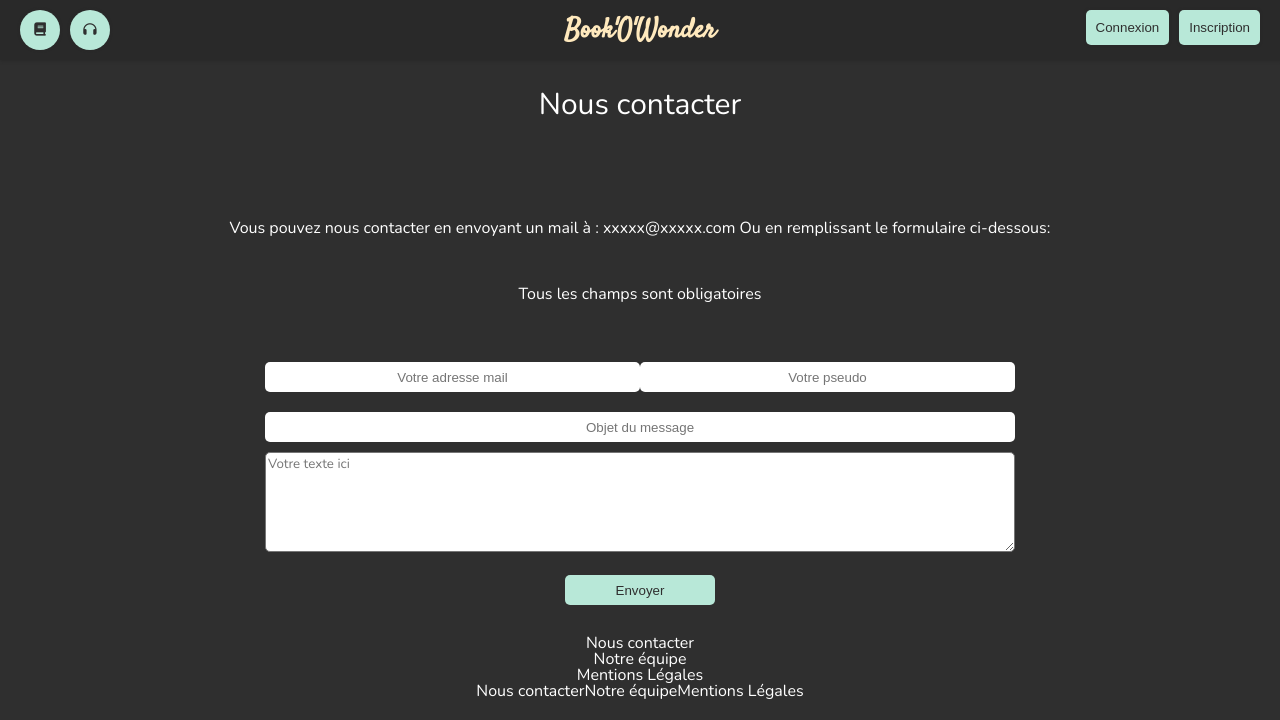
Repository: AnneLineC/book-o-wonder-front
Page: /contact
The author's editor kept a copy of each file at every save. The page is drawn from the files as they stood at one save, then again after the next save.
The browser window is 1280 px wide. The pictures show the whole page.
The page's requests for data from a server got no answer. Some web libraries are served in a nearby version. The project was rebuilt for these pictures with package versions that can differ from the ones it lists, and the page was loaded fresh each time. No one was signed in, and anything a server would have sent is missing. Also part of the build but not shown: src/components/HeaderApp/LoggedMenu/styles.scss, src/components/HeaderApp/LoggedMenu/index.js, src/components/BookCard/styles.scss, src/components/BookCard/index.js, src/components/HomePage/styles.scss, src/components/HomePage/index.js, src/components/LoginPage/styles.scss, src/components/LoginPage/index.js and 30 more.

Above is the page before, as saved 2021-12-21 10:42:34.

### public/index.html
<!DOCTYPE html>
<html lang="en">
  <head>
    <meta charset="utf-8" />
    <link rel="icon" href="%PUBLIC_URL%/favicon.ico" />
    <meta name="viewport" content="width=device-width, initial-scale=1" />
    <meta name="theme-color" content="#000000" />
    <meta
      name="description"
      content="Web site created using create-react-app"
    />
    <link rel="apple-touch-icon" href="%PUBLIC_URL%/logo192.png" />
    <!--
      manifest.json provides metadata used when your web app is installed on a
      user's mobile device or desktop. See https://developers.google.com/web/fundamentals/web-app-manifest/
    -->
    <link rel="manifest" href="%PUBLIC_URL%/manifest.json" />
    <!--
      Notice the use of %PUBLIC_URL% in the tags above.
      It will be replaced with the URL of the `public` folder during the build.
      Only files inside the `public` folder can be referenced from the HTML.

      Unlike "/favicon.ico" or "favicon.ico", "%PUBLIC_URL%/favicon.ico" will
      work correctly both with client-side routing and a non-root public URL.
      Learn how to configure a non-root public URL by running `npm run build`.
    -->
    <title>Book'O'Wonder</title>
    <script src="https://kit.fontawesome.com/1f90cd4d86.js" crossorigin="anonymous"></script>
  </head>
  <body>
    <noscript>You need to enable JavaScript to run this app.</noscript>
    <div id="root"></div>
  </body>
</html>

### src/index.js
import { Provider } from 'react-redux';
import { BrowserRouter } from 'react-router-dom';
import React from 'react';
import ReactDOM from 'react-dom';
import reportWebVitals from './reportWebVitals';
import store from './store';
import App from './components/App';
import './styles/index.scss';

ReactDOM.render(
  <React.StrictMode>
    <BrowserRouter>
      <Provider store={store}>
        <App />
      </Provider>
    </BrowserRouter>
  </React.StrictMode>,
  document.getElementById('root'),
);

// If you want to start measuring performance in your app, pass a function
// to log results (for example: reportWebVitals(console.log))
// or send to an analytics endpoint. Learn more: https://bit.ly/CRA-vitals
reportWebVitals();

### src/store/index.js
import { createStore, applyMiddleware, compose } from 'redux';

import reducer from '../reducers';
import apiMiddleware from '../middlewares/api';

const composeEnhancers = window.__REDUX_DEVTOOLS_EXTENSION_COMPOSE__ || compose;

const enhancers = composeEnhancers(
  applyMiddleware(apiMiddleware),
);

const store = createStore(reducer, enhancers);

export default store;

### src/styles/index.scss
@use 'reset';
@use 'vars';

@font-face {
  font-family: 'Nunito';
  src: url('../assets/fonts/Nunito-VariableFont_wght.ttf');
  font-weight: normal;
  font-style: normal;
}

@font-face {
  font-family: 'Satisfy';
  src: url('../assets/fonts/Satisfy-Regular.ttf');
  font-weight: normal;
  font-style: normal;
}

html, body {
  max-width: 100%;
  overflow-x: hidden;
}

body {
  background-color: vars.$color--grey-dark;
  margin: 0;
  font-family: 'Nunito', sans-serif;
  color: white;

  &.reading-page {
    height: 100vh;
    overflow-y: hidden;
  }
}

button {
  color: vars.$color--grey-dark;
}

/* Hiding class, making content visible only to screen readers but not visually */
/* "sr" meaning "screen-reader" */
.sr-only:not(:focus):not(:active) {
  clip: rect(0 0 0 0);
  clip-path: inset(50%);
  height: 1px;
  overflow: hidden;
  position: absolute;
  white-space: nowrap;
  width: 1px;
}

button {
  color: vars.$color--grey-dark;
}

/* Hiding class, making content visible only to screen readers but not visually */
/* "sr" meaning "screen-reader" */
.sr-only:not(:focus):not(:active) {
  clip: rect(0 0 0 0);
  clip-path: inset(50%);
  height: 1px;
  overflow: hidden;
  position: absolute;
  white-space: nowrap;
  width: 1px;
}

### src/reducers/index.js
import { combineReducers } from 'redux';

import userReducer from './user';
import booksReducer from './books';
import displayReducer from './display';
import soundsReducer from './sounds';

const rootReducer = combineReducers({
  display: displayReducer,
  books: booksReducer,
  user: userReducer,
  sounds: soundsReducer,
});

export default rootReducer;

### src/components/FooterApp/index.js
import './styles.scss';
import { Link } from "react-router-dom"

const FooterApp = () => (
  <footer>
    <ul>
        <ol><a href=""></a>Nous contacter</ol>
        <ol><a href=""></a>Notre équipe</ol>
        <ol><a href=""></a>Mentions Légales</ol>

        <Link to="/Nous_contacter">Nous contacter</Link>
        <Link to="/Notre_equipe">Notre équipe</Link>
        <Link to="/Mentions_Legales">Mentions Légales</Link>
    </ul>
  </footer>
);

export default FooterApp;

### src/components/ConnexionMenu/index.js
import { useSelector, useDispatch } from 'react-redux';
import { NavLink } from 'react-router-dom';
import { setDisplay } from '../../actions';

import Modal from '../Modal';

import './styles.scss';

const ConnexionMenu = () => {
  const isConnexionMenuOpen = useSelector((state) => state.display.connexionMenu);

  const dispatch = useDispatch();
  const handleLinkClick = () => {
    dispatch(setDisplay('connexionMenu'));
  };

  return (
    <Modal componentName="connexionMenu" isComponentOpen={isConnexionMenuOpen}>
      <ul className="connexion-menu__list">
        <li className="connexion-menu__item">
          <NavLink
            to="/connexion"
            onClick={handleLinkClick}
          >
            Connexion
          </NavLink>
        </li>
        <li className="connexion-menu__item">
          <NavLink
            to="/inscription"
            onClick={handleLinkClick}
          >
            Inscription
          </NavLink>
        </li>
      </ul>
    </Modal>
  );
};

export default ConnexionMenu;

### src/components/CategoriesMenu/index.js
import { useSelector, useDispatch } from 'react-redux';
import { NavLink } from 'react-router-dom';
import { useEffect } from 'react';
import { setDisplay, loadCategoriesFromAPI } from '../../actions';

import Modal from '../Modal';

import './styles.scss';

const CategoriesMenu = () => {
  const dispatch = useDispatch();
  const isCategoriesMenuOpen = useSelector((state) => state.display.categoriesMenu);
  const categoriesList = useSelector((state) => state.display.categoriesList);

  useEffect(
    () => {
      dispatch(loadCategoriesFromAPI());
    },
    [],
  );

  const handleLinkClick = () => {
    dispatch(setDisplay('categoriesMenu'));
  };

  return (
    <Modal componentName="categoriesMenu" appearingDesktopSide="left" isComponentOpen={isCategoriesMenuOpen}>
      <ul className="categories-menu__list">
        {
          categoriesList.map(
            (category) => (
              <li key={category.id} className="categories-menu__item">
                <NavLink
                  to={`/categorie/${category.id}`}
                  onClick={handleLinkClick}
                >
                  {category.name}
                </NavLink>
              </li>
            ),
          )
        }

      </ul>
    </Modal>
  );
};

export default CategoriesMenu;

### src/styles/_reset.css
/* http://meyerweb.com/eric/tools/css/reset/ v2.0 | 20110126 */
html,
body,
div,
span,
applet,
object,
iframe,
h1,
h2,
h3,
h4,
h5,
h6,
p,
blockquote,
pre,
a,
abbr,
acronym,
address,
big,
cite,
code,
del,
dfn,
em,
img,
ins,
kbd,
q,
s,
samp,
small,
strike,
strong,
sub,
sup,
tt,
var,
b,
u,
i,
center,
dl,
dt,
dd,
ol,
ul,
li,
fieldset,
form,
label,
legend,
table,
caption,
tbody,
tfoot,
thead,
tr,
th,
td,
article,
aside,
canvas,
details,
embed,
figure,
figcaption,
footer,
header,
hgroup,
menu,
nav,
output,
ruby,
section,
summary,
time,
mark,
audio,
video {
  margin: 0;
  padding: 0;
  border: 0;
  font-size: 100%;
  font: inherit;
  vertical-align: baseline;
}

/* HTML5 display-role reset for older browsers */
article,
aside,
details,
figcaption,
figure,
footer,
header,
hgroup,
menu,
nav,
section {
  display: block;
}

body {
  line-height: 1;
}
ol,
ul {
  list-style: none;
}
blockquote,
q {
  quotes: none;
}

blockquote::before,
blockquote::after,
q:before,
q:after {
  content: '';
  content: none;
}
table {
  border-collapse: collapse;
  border-spacing: 0;
}

/* Améliorations */

html {
  box-sizing: border-box;
  font-size: 62.5%;
}

body {
  font-size: 1.6rem;
}

*,
*::before,
*::after {
  box-sizing: inherit;
}

a,
del,
ins {
  text-decoration: none;
}
a {
  color: inherit;
}

label,
button {
  cursor: pointer;
  background-color: transparent;
  border: 0;
  padding: 0;
}

input,
button {
  outline: 0;
  border: 0;
}

### src/styles/_vars.scss
// --------
// Colors :
// --------

// $color--*color*-*light/medium/dark*

$color--grey-dark: #2f2f2f;
$color--grey-very-dark: #292929;
$color--green-light: #b8e8d8;
$color--blue-light: #e1ecfe;
$color--yellow-light: #fffec5;
$color--orange-light: #ffe9bd;
$color--orange-medium: #e9ab9c;

// $gradient--*color*-*light/medium/dark*

$gradient--blue-light : linear-gradient(to bottom, #9ec0ff, #e8f1ff);
$gradient--yellow-light : linear-gradient(to bottom, #fed68e, #fef4db);
$gradient--green-light : linear-gradient(to bottom, #88d4ba, #d8f3ea);

// ---------
// General :
// ---------

$radius: 0.5rem;
$gutter: 1rem;

// -------------
// Breakpoints :
// -------------

$tablet: 700px;
$desktop: 1000px;

// -------
// Fonts :
// -------

$title-font: 'Satisfy', sans-serif;
$main-font: 'Nunito', sans-serif;

### src/reducers/books.js
import {
  SET_BOOKS_LIST_BY_CATEGORY,
  SET_BOOK,
  SET_HIGHLIGHTED_BOOKS,
  SET_MOST_PINNED_BOOK,
  SET_MOST_READ_CATEGORY,
  SET_HIGHLIGHTED_BOOKS_ARE_LOADED,
} from '../actions';

export const initialState = {
  categoryTitle: 0,
  book: {},
  books: [],
  highlightedBooks: [],
  highlightedBooksAreLoaded: false,
  mostPinnedBook: {},
  mostReadCategory: {},
};

const reducer = (state = initialState, action = {}) => {
  switch (action.type) {
    case SET_BOOKS_LIST_BY_CATEGORY:
      return {
        ...state,
        ...action.data,
      };
    case SET_BOOK:
      return {
        ...state,
        book: { ...action.data },
      };
    case SET_HIGHLIGHTED_BOOKS:
      return {
        ...state,
        highlightedBooks: action.data,
      };
    case SET_MOST_PINNED_BOOK:
      return {
        ...state,
        mostPinnedBook: action.data,
      };
    case SET_MOST_READ_CATEGORY:
      return {
        ...state,
        mostReadCategory: action.data,
      };
    case SET_HIGHLIGHTED_BOOKS_ARE_LOADED:
      return {
        ...state,
        highlightedBooksAreLoaded: action.value,
      };
    default:
      return state;
  }
};

export default reducer;

### src/reducers/sounds.js
import { SET_SOUNDS, SET_CURRENT_SOUND } from '../actions';

export const initialState = {
  musicsList: [],
  currentMusic: {
    id: 1,
    name: 'Lofi',
    music: 'https:/www.youtube.com/watch?v=5qap5aO4i9A',
    image: '',
    categories: [
      {
        id: 1,
        name: 'Fantasy',
      },
    ],
  },
};

const reducer = (state = initialState, action = {}) => {
  switch (action.type) {
    case SET_SOUNDS:
      return {
        ...state,
        musicsList: action.data,
      };
    case SET_CURRENT_SOUND:
      return {
        ...state,
        currentMusic: action.data,
      };
    default:
      return state;
  }
};

export default reducer;

### src/components/HeaderApp/LoginComponent/index.js
import LoginButtons from './LoginButtons';
import LoginMenu from './LoginMenu';
import './styles.scss';

const LoginComponent = () => (
  <div className="login-component">
    <LoginButtons />
    <LoginMenu />
  </div>
);

export default LoginComponent;

### src/components/HeaderApp/styles.scss
@use './../../styles/vars';
@use "sass:color";

.header-app {

    padding: vars.$gutter vars.$gutter*2;
    background-color: color.scale(vars.$color--grey-dark, $blackness: 80%);
    box-shadow: 1px 1px 3px color.scale(vars.$color--grey-dark, $blackness: 100%);
    position: sticky;
    min-height: 6rem;

    &__title {
        font-family: vars.$title-font;
        color: vars.$color--orange-light;
        font-size: 1.7em;
        font-weight: bold;
        display: flex;
        justify-content: flex-start;
        align-items: center;
        line-height: 1.6;
        z-index: -1;
    }

    &__element {
        float: right;
        margin-left: vars.$gutter;
    }

    &__icon {
        background-color: vars.$color--green-light;
        display: block;
        width: 4rem;
        height: 4rem;
        display: flex;
        align-items: center;
        justify-content: center;
        border-radius: 50%;
        color: vars.$color--grey-dark;
        box-shadow: 0 0 3px color.scale(vars.$color--grey-dark, $blackness: 100%);
        transition: 0.5s;

        &:hover {
            background-color: vars.$color--orange-medium;
        }
    }
}

@media screen and (min-width: vars.$tablet) {

    .header-app {

        &__element {
            &--audio-player {
                float: left;
                display: flex;
                align-items: center;
                justify-content: center;
            }
            &--categories {
                float: left;
                margin-left: 0;
                display: flex;
                align-items: center;
                justify-content: center;
            }
        }

        &__title {
            display: block;
            position: absolute;
            top: 1rem;
            text-align: center;
            width: calc(100% - (vars.$gutter * 4));
        }
    }
}

### src/components/ContactPage/styles.scss
@use "../../styles/vars";

.contact-page {
  &__title {
    margin-top: 3rem;
    font-size: 3rem;
  }

  &__form {
    display: flex;
    flex-direction: column;
    padding: vars.$gutter;
    margin-top: 5rem;
  }

  &__top {
    display: flex;
    flex-direction: column;
  }

  &__bottom {
    display: flex;
    flex-direction: column;
  }

  &__object {
    border-radius: vars.$radius;
    margin-bottom: 1rem;
    text-align: center;
    height: 30px;
    width: 250px;
    margin: 0rem auto 4rem auto;
  }

  &__label {
    margin-bottom: 1rem;
  }

  &__input {
    border-radius: vars.$radius;
    margin-bottom: 1rem;
    text-align: center;
    height: 30px;
    width: 250px;
    margin: 0rem auto 4rem auto;
  }

  &__textarea {
    height: 10rem;
    width: 250px;
    margin: auto;
    border-radius: vars.$radius;
    font-family: inherit;
  }

  &__contact {
    margin-top: 10rem;
    margin-left: 2rem;
    margin-right: 2rem;
  }

  &__required {
    margin-top: 5rem;
  }

  &__send {
    background-color: vars.$color--green-light;
    height: 30px;
    width: 150px;
    margin: 2rem auto 2rem auto;
    border-radius: vars.$radius;
  }

  &__error {
    color: rgb(243, 104, 104);
    margin-bottom: 3rem;
  }

  &__home {
    background-color: vars.$color--green-light;
    height: 3rem;
    width: 15rem;
    margin: 2rem auto 2rem auto;
    border-radius: vars.$radius;
  }

  &__validation {
    height: 60vh;
    display: flex;
    flex-direction: column;
    align-items: center;
    justify-content: center;

    &-title {
      font-size: 2em;
      margin: vars.$gutter*2;
    }

    &-mail {
      font-weight: bold;
    }
  }
}

@media screen and (min-width: vars.$tablet) {
  .contact-page {
    &__top {
      display: flex;
      flex-direction: row;
    }

    &__bottom {
      margin-top: -3rem;
    }

    &__form {
      display: flex;
      align-items: center;
      padding: vars.$gutter;
      margin-top: 5rem;
    }

    &__input {
      height: 30px;
      width: 310px;

    }

    &__object {
      border-radius: vars.$radius;
      margin-bottom: 1rem;
      text-align: center;
      height: 30px;
      width: 620px;
      margin: 0rem auto 1rem auto;
    }

    &__textarea {
      height: 10rem;
      width: 620px;
      margin: auto;
      border-radius: vars.$radius;
    }
  }
}

@media screen and (min-width: vars.$desktop) {
  .contact-page {
    &__object {
      border-radius: vars.$radius;
      margin-bottom: 1rem;
      text-align: center;
      height: 30px;
      width: 750px;
      margin: 0rem auto 1rem auto;
    }

    &__textarea {
      height: 10rem;
      width: 750px;
      margin: auto;
      border-radius: vars.$radius;
    }

    &__input {
      width: 375px;
    }

    &__top {
      display: flex;
      flex-direction: row;
    }

    &__bottom {
      display: flex;
      flex-direction: column;
    }
  }
}

### src/components/Modal/index.js
import PropTypes from 'prop-types';
import { useDispatch } from 'react-redux';
import { setDisplay } from '../../actions';

import './styles.scss';

const Modal = ({
  componentName, isComponentOpen, appearingDesktopSide, children,
}) => {
  const dispatch = useDispatch();
  const handleCloseIconClick = (name) => {
    dispatch(setDisplay(name));
  };

  const classNameBySide = appearingDesktopSide === 'left' ? 'menu-list menu-list--left' : 'menu-list';
  const className = isComponentOpen ? `${classNameBySide} menu-list--open` : classNameBySide;

  return (
    <div className={className}>
      <button
        type="button"
        className="menu-list__close-icon"
        onClick={
            () => {
              handleCloseIconClick(componentName);
            }
          }
      >
        <i className="fas fa-times" />
      </button>
      {children}
    </div>
  );
};

Modal.defaultProps = {
  appearingDesktopSide: 'right',
};

Modal.propTypes = {
  componentName: PropTypes.string.isRequired,
  isComponentOpen: PropTypes.bool.isRequired,
  children: PropTypes.node.isRequired,
  appearingDesktopSide: PropTypes.string,
};

export default Modal;

### src/components/ConnexionMenu/styles.scss
@use './../../styles/vars';
@use "sass:color";


.connexion-menu {
    &__item {
        border-top: 1px solid color.scale(vars.$color--grey-dark, $lightness: 15%);
        padding: vars.$gutter * 1.5;
    }
}

### src/components/ConnectedMenu/styles.scss
@use './../../styles/vars';
@use "sass:color";


.connected-menu {
    &__item {
        border-top: 1px solid color.scale(vars.$color--grey-dark, $lightness: 15%);
        padding: vars.$gutter * 1.5;
    }
}

### src/components/MediaPlayer/styles.scss
@use './../../styles/vars';

.player {
  max-width: 33rem;
  margin: auto;
  display: flex;
  flex-direction: column;
  max-height: 80vh;
}

.infos {

  &__picture {
    margin: auto;
    height: 20rem;
    background-position: center;
    background-size: cover;
    border-radius: vars.$radius;
    position: relative;
  }

  &__content {
    position: absolute;
    bottom: 0;
    width: 100%;
    padding: vars.$gutter;
    display: flex;
    justify-content: space-between;
    align-items: center;
    margin-top: vars.$gutter;
  }

  &__left {
    display: flex;
    align-items: center;
  }

  &__right {
    display: flex;
    // flex-direction: column;
  }

  &__title {
    font-weight: bold;
    margin-left: vars.$gutter;
  }

  &__category {
    display: flex;
    align-items: center;
    background-color: vars.$color--orange-light;
    padding: 0.5rem;
    color: vars.$color--grey-dark;
    border-radius: vars.$radius;
    font-size: 0.7em;
    margin: 0.2rem;
  }

  &__playpause {
    background-color: vars.$color--blue-light;
    width: 4rem;
    height: 4rem;
    display: flex;
    justify-content: center;
    align-items: center;
    border-radius: 50%;
    flex-shrink: 0;
  }
}

.controls {
  margin-top: vars.$gutter;
  display: flex;
  justify-content: center;

  &__volume {
    display: flex;

    &-text {
      margin-right: vars.$gutter;
    }
  }
}

.music-list {
  margin-top: vars.$gutter*3;
  padding-right: vars.$gutter;
  flex: 1;
  overflow-y: auto;

  &::-webkit-scrollbar {
    width: 12px;               /* width of the entire scrollbar */
  }

  &::-webkit-scrollbar-track {
      background: #1d1d1d;        /* color of the tracking area */
  }

  &::-webkit-scrollbar-thumb {
      background-color: #575757;    /* color of the scroll thumb */
      border-radius: 20px;       /* roundness of the scroll thumb */
      border: 3px solid #1d1d1d ;  /* creates padding around scroll thumb */
  }
}

### src/components/HeaderApp/LoginComponent/LoginButtons/index.js
import { NavLink } from 'react-router-dom';
import './styles.scss';

const LoginButtons = () => (
  <div className="login-buttons">
    <NavLink to="/connexion">
      <button
        className="login-buttons__button login-buttons__button--signin"
        type="button"
      >
        Connexion
      </button>
    </NavLink>

    <NavLink to="/inscription">
      <button
        className="login-buttons__button login-buttons__button--signup"
        type="button"
      >
        Inscription
      </button>
    </NavLink>
  </div>
);

export default LoginButtons;

### src/components/HeaderApp/LoginComponent/LoginMenu/index.js
import { useDispatch } from 'react-redux';
import { setDisplay } from '../../../../actions';

import './styles.scss';

const LoginMenu = () => {
  const dispatch = useDispatch();
  const handleLinkClick = (name) => {
    dispatch(setDisplay(name));
  };
  return (
    <button
      type="button"
      className="login-menu"
      onClick={
      () => {
        handleLinkClick('connexionMenu');
      }
    }
    >
      <span className="login-menu__text sr-only">Menu de connexion</span>
      <span className="login-menu__icon header-app__icon"><i className="far fa-user" /></span>
    </button>
  );
};

export default LoginMenu;

### src/components/Modal/styles.scss
@use './../../styles/vars';
@use "sass:color";


.menu-list {
    position: fixed;
    top: 0;
    left: 0;
    width: 100%;
    height: 100vh;
    padding: vars.$gutter*8 vars.$gutter*3 vars.$gutter*3;
    overflow: hidden;
    background-color: color.scale(vars.$color--grey-dark, $blackness: 80%);
    z-index: 100;
    transition: transform 1s;
    transform: translateX(100%);
    box-shadow: 0 0 3px black;

    &--open {
        transform: translateX(0);
    }

    &__close-icon {
        position: absolute;
        top: 0;
        right: 0;
        padding: vars.$gutter * 3;
        font-size: 1.2em;
        color: vars.$color--orange-light;
    }
}

@media only screen and (min-width: vars.$tablet) {
    .menu-list {
        top: 0;
        left: auto;
        right: 0;
        width: 40rem;
        transform: translateX(41rem);

        &--left {
            top: 0;
            left: 0;
            right: auto;
            width: 40rem;
            transform: translateX(-41rem);
        }

        &--open {
            transform: translateX(0);
        }
    }

}

### src/components/HeaderApp/LoginComponent/LoginButtons/styles.scss
@use './../../../../styles/vars';
@use "sass:color";

.login-buttons {
    display: none;

    &__button {
        background-color: vars.$color--green-light;
        padding: vars.$gutter;
        border-radius: vars.$radius;
        margin-left: vars.$gutter;
        box-shadow: 0 0 3px color.scale(vars.$color--grey-dark, $blackness: 100%);
        // font-weight: bold;
    }
}

@media screen and (min-width: vars.$desktop) {
    .login-buttons {
        display: block;
    }
}

### src/components/HeaderApp/LoginComponent/LoginMenu/styles.scss
@use './../../../../styles/vars';

@media screen and (min-width: vars.$desktop) {
    .login-menu {
        display: none;
    }
}

Loaded but not shown: src/reportWebVitals.js (common file); src/components/App/styles.scss (common file); src/middlewares/api.js (387 lines, source omitted); src/actions/index.js (299 lines, source omitted); src/components/ContactPage/index.js (152 lines, source omitted); src/components/MediaPlayer/index.js (114 lines, source omitted); src/components/App/index.js (78 lines, source omitted); src/reducers/user.js (101 lines, source omitted); src/reducers/display.js (85 lines, source omitted); src/components/ConnectedMenu/index.js (64 lines, source omitted); src/components/HeaderApp/index.js (49 lines, source omitted); src/components/HeaderApp/LoginComponent/styles.scss (no stored copy; drawn as an empty file)

After the next save:
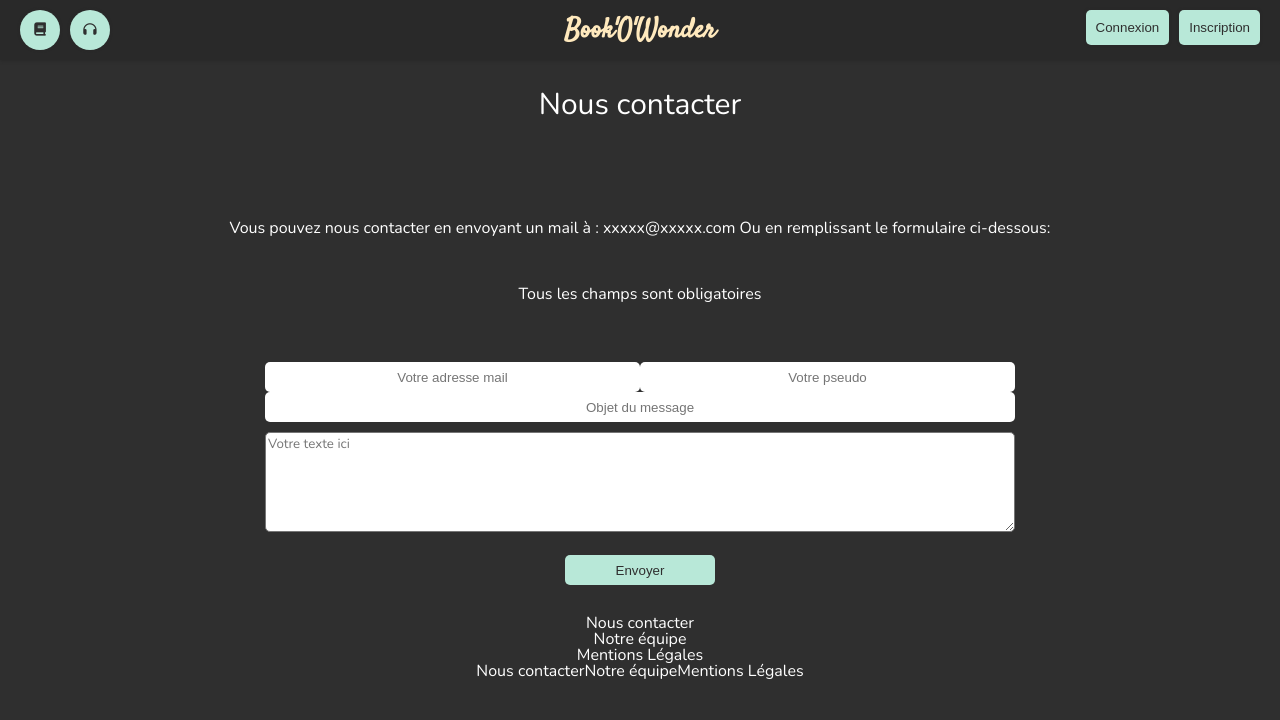
Saved 73 s later.
--- a/src/components/ContactPage/styles.scss
+++ b/src/components/ContactPage/styles.scss
@@ -40,9 +40,9 @@
     border-radius: vars.$radius;
     margin-bottom: 1rem;
     text-align: center;
-    height: 30px;
-    width: 250px;
-    margin: 0rem auto 4rem auto;
+    width: 25rem;
+    height: 3rem;
+    margin: 0rem auto 2rem auto;
   }
 
   &__textarea {
